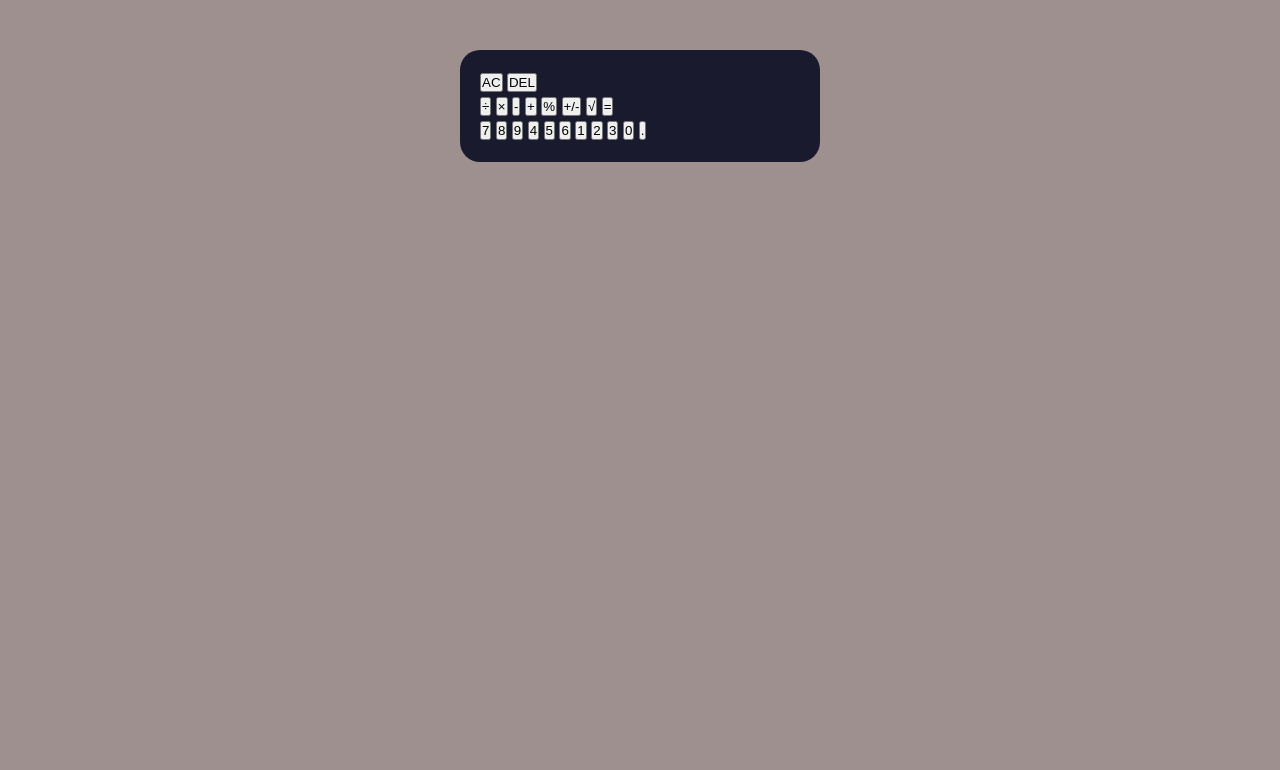
Repository: MikkyPrestige/js-calculator
Page: index.html
These files come from the project's save history. The page is drawn as it stood at one moment and after the next save; the edit follows.
The browser window is 1280 px wide. The pictures show the whole page.

Above is the page before, as saved 2023-05-08 00:56:21.

After the next save:
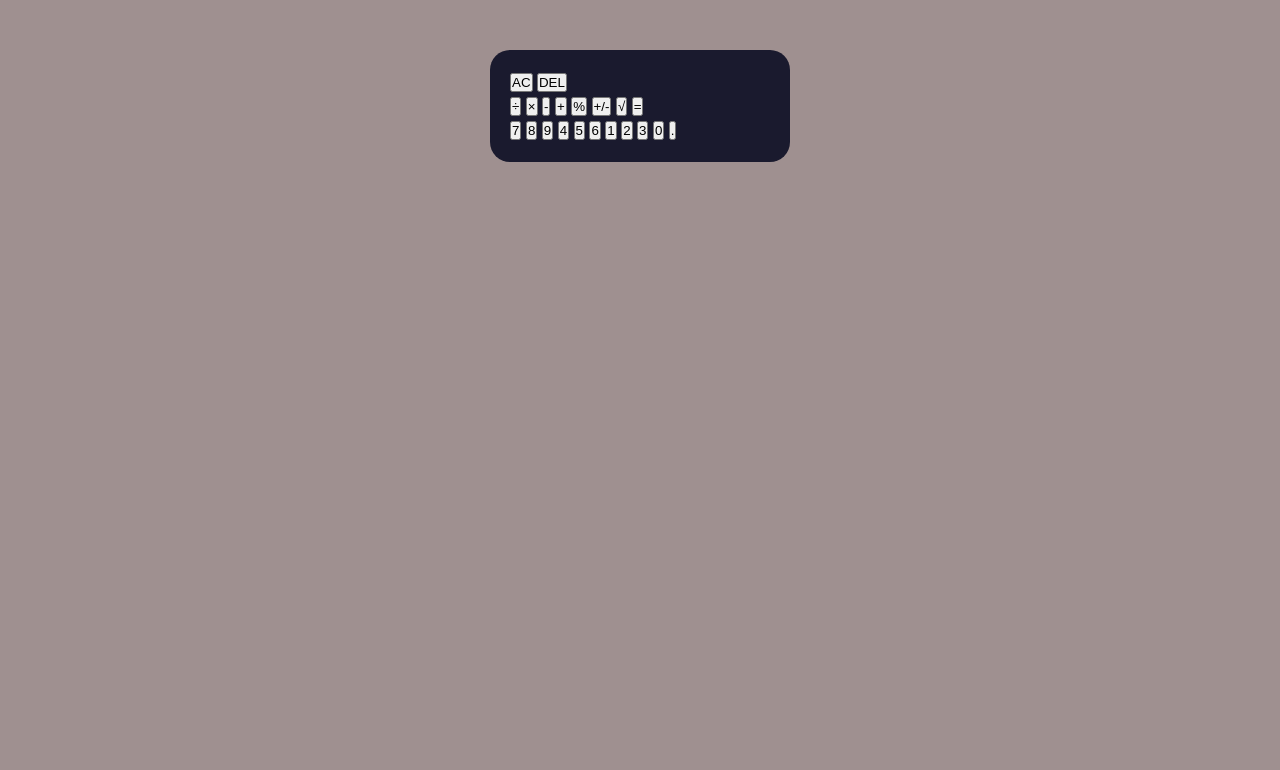
Saved 75 s later.
--- a/index.css
+++ b/index.css
@@ -6,9 +6,13 @@
   padding: 0;
 }
 
+html {
+  font-size: 62.5%;
+}
+
 body {
   font-family: 'Fira Sans', sans-serif;
-  font-size: 16px;
+  font-size: 1.6rem;
   font-weight: 400;
   line-height: 1.5;
   background: #9F9090;
@@ -19,13 +23,14 @@ body {
 main {
   background: rgba(26, 26, 46, 1);
   width: 100%;
-  max-width: 360px;
+  max-width: 30rem;
   height: 100%;
-  margin: 50px auto;
-  padding: 20px;
-  border-radius: 20px;
-  -webkit-border-radius: 20px;
-  -moz-border-radius: 20px;
-  -ms-border-radius: 20px;
-  -o-border-radius: 20px;
+  margin: 5rem auto;
+  padding: 2rem;
+  border-radius: 2rem;
+  -webkit-border-radius: 2rem;
+  -moz-border-radius: 2rem;
+  -ms-border-radius: 2rem;
+  -o-border-radius: 2rem;
+
 }
